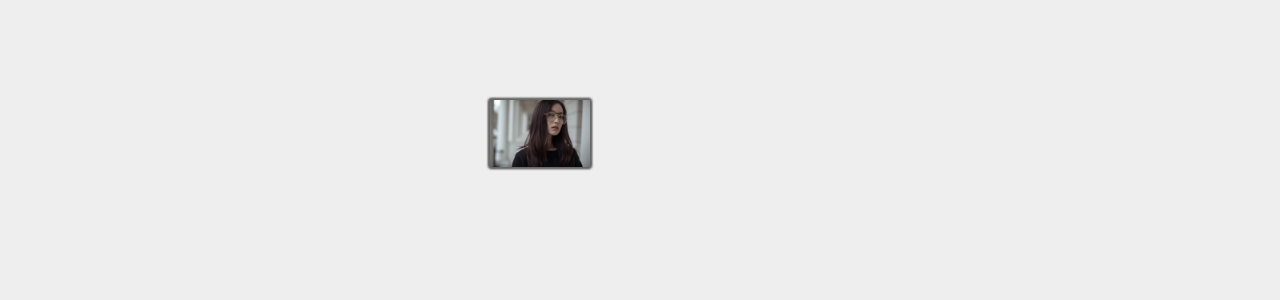
Repository: Germtao/Web
Page: web_css/css3_动画案例.html
An editor plug-in stored every save of this project. The page is shown before and after the next save, followed by the edit.
The browser window is 1280 px wide. The pictures show the whole page.
The pointer rests on the first visible `.box`.

Above is the page before, as saved 2020-11-03 11:09:34.

### web_css/css3_动画案例.html
<!DOCTYPE html>
<html lang="en">

<head>
  <meta charset="UTF-8">
  <meta name="viewport" content="width=device-width, initial-scale=1.0">
  <title>CSS3-动画案例</title>

  <!-- 1. 🚀 -->
  <!-- <style>
    html,
    body {
      height: 100%;
    }

    body {
      background-color: #DE8910;
    }

    .rocket {
      position: absolute;
      left: 100px;
      top: 600px;
      height: 120px;
      transform: translate(-200px, 200px) rotate(45deg);
      transition: all 1s ease-in;
    }

    body:hover .rocket {
      transform: translate(500px, -500px) rotate(45deg);
    }
  </style> -->

  <!-- 2. 卡片旋转 -->
  <style>
    body {
      background-color: #eee;
    }

    .box {
      width: 300px;
      height: 440px;
      margin: 100px auto;
      position: relative;
    }

    img {
      width: 100px;
      /* 既然卡片是叠在一起的，那就都用绝对定位 */
      position: absolute;
      left: 0;
      top: 0;
      box-shadow: 0 0 3px #666;

      transition: all 1.5s;
      /* 旋转时，以盒子底部的中心为坐标原点 */
      transform-origin: center bottom;
    }
  </style>
</head>

<body>
  <!-- 1. 🚀 -->
  <!-- <img class="rocket" src="img/rocket.png" alt=""> -->

  <!-- 2. 卡片旋转 -->
  <div class="box">
    <img src="img/倪妮.jpg" alt="">
    <img src="img/宋轶.jpeg" alt="">
    <img src="img/倪妮.jpg" alt="">
    <img src="img/宋轶.jpeg" alt="">
    <img src="img/倪妮.jpg" alt="">
    <img src="img/宋轶.jpeg" alt="">
    <img src="img/倪妮.jpg" alt="">
    <img src="img/宋轶.jpeg" alt="">
    <img src="img/倪妮.jpg" alt="">
    <img src="img/宋轶.jpeg" alt="">
    <img src="img/倪妮.jpg" alt="">
  </div>
</body>

</html>

After the next save:
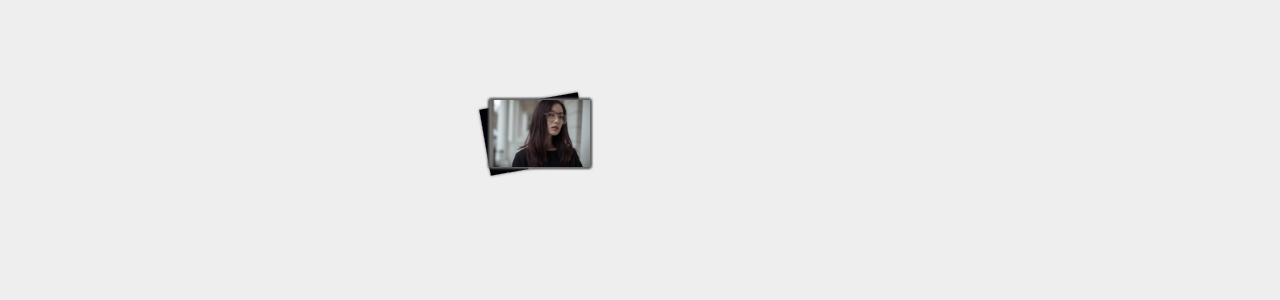
Saved 33 s later.
--- a/web_css/css3_动画案例.html
+++ b/web_css/css3_动画案例.html
@@ -56,6 +56,10 @@
       /* 旋转时，以盒子底部的中心为坐标原点 */
       transform-origin: center bottom;
     }
+
+    .box:hover img:nth-child(6) {
+      transform: rotate(-10deg);
+    }
   </style>
 </head>
 
